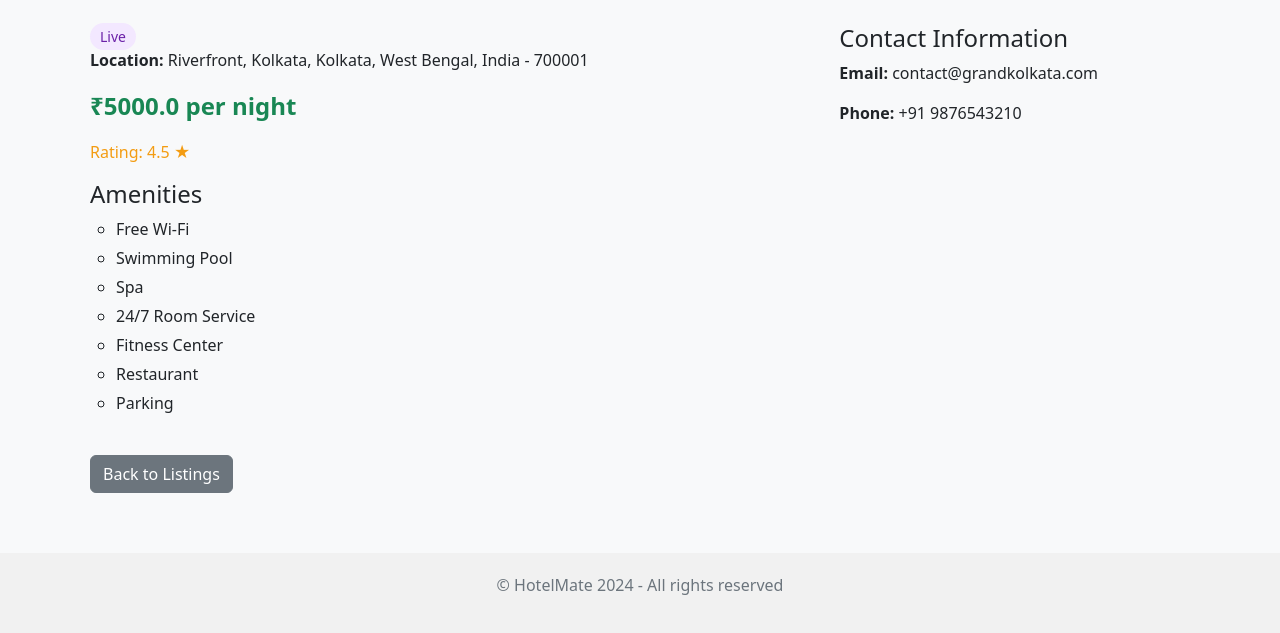
Repository: himanshu2k23/HoteMate
Page: http://localhost/HotelMate/details.jsp
An editor plug-in stored every save of this project. The page is shown before and after the next save, followed by the edit.
The browser window is 1280 px wide. The pictures show the part of the page from y = 706 to 1339 px (the page is 1339 px tall).
The page is served by Tomcat 10.

Above is the page before, as saved 2025-01-13 19:09:34.

After the next save:
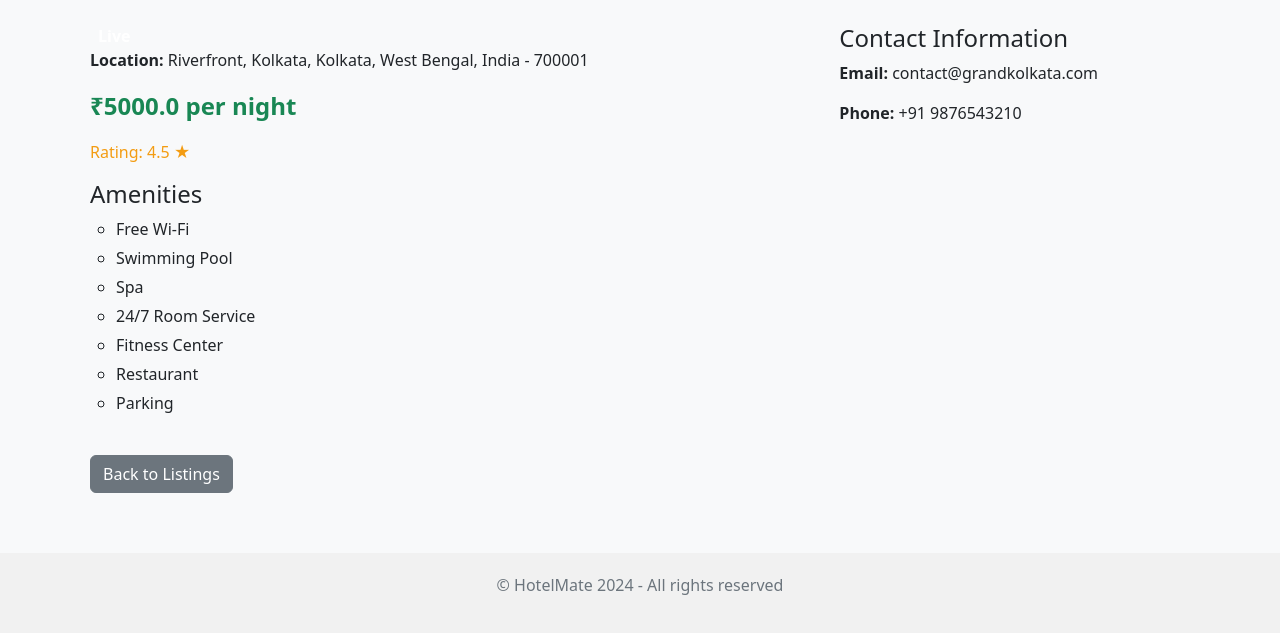
Saved 53 s later.
--- a/HotelMate/src/main/webapp/details.jsp
+++ b/HotelMate/src/main/webapp/details.jsp
@@ -113,7 +113,7 @@
 
 			<div class="col-md-8">
 				<span
-					style="white-space: nowrap; border-radius: 9999px; background-color: #f3e8ff; padding: 0.25rem 0.625rem; font-size: 0.875rem; color: #6b21a8;">
+					class="badge rounded-pill bg-purple-100 text-purple-700 px-2 py-1 fs-6">
 					Live </span>
 
 

After the save that followed:
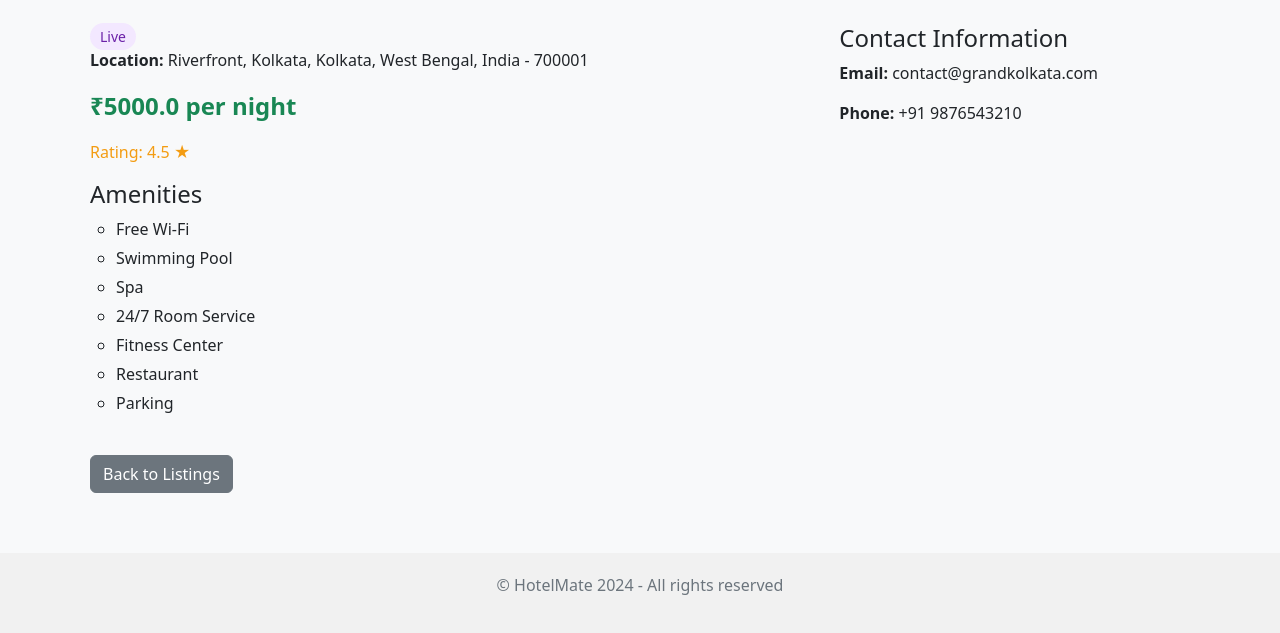
Saved 38 s later.
--- a/HotelMate/src/main/webapp/details.jsp
+++ b/HotelMate/src/main/webapp/details.jsp
@@ -113,9 +113,8 @@
 
 			<div class="col-md-8">
 				<span
-					class="badge rounded-pill bg-purple-100 text-purple-700 px-2 py-1 fs-6">
+					style="white-space: nowrap; border-radius: 9999px; background-color: #f3e8ff; padding: 0.25rem 0.625rem; font-size: 0.875rem; color: #6b21a8;">
 					Live </span>
-
 
 				<p>
 					<strong>Location:</strong>
